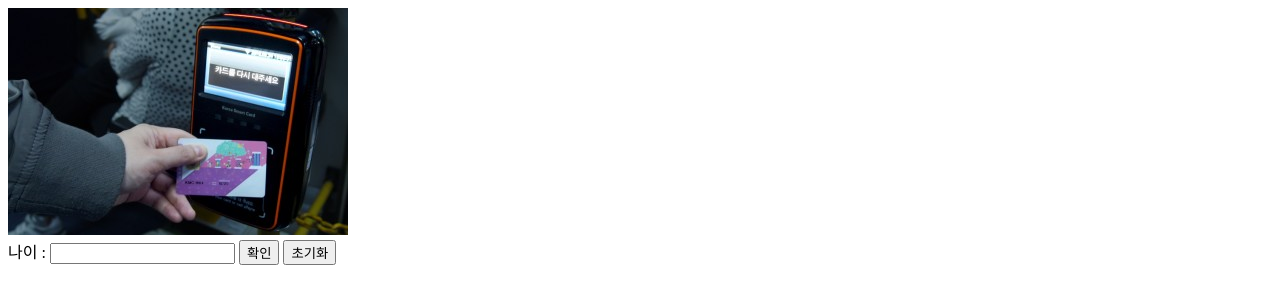
Repository: jjjjjjji-hun/jsp_practice
Page: http://localhost/JSPBasic/jspObject/repository/bus_form.jsp
These files come from the project's save history. The page is drawn as it stood at one moment and after the next save; the edit follows.
The browser window is 1280 px wide. The pictures show the whole page.
The page is served by Tomcat 9.

Above is the page before, as saved 2022-02-07 05:44:39.

After the next save:
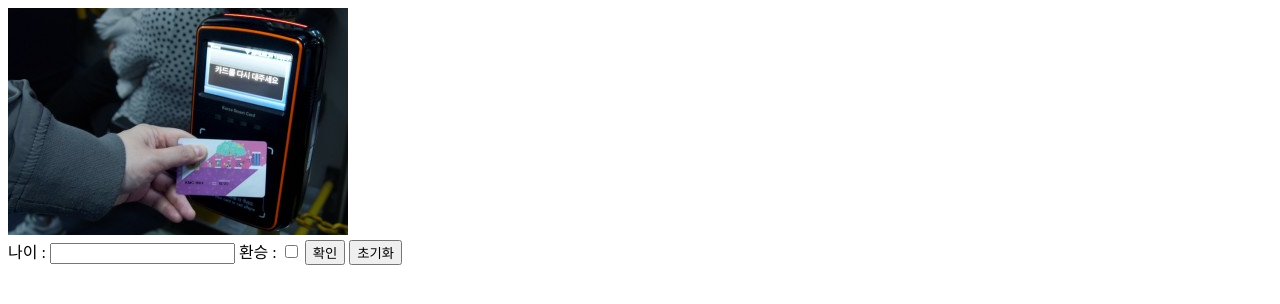
Saved 2 min 48 s later.
--- a/JSPBasic/src/main/webapp/jspObject/repository/bus_form.jsp
+++ b/JSPBasic/src/main/webapp/jspObject/repository/bus_form.jsp
@@ -10,6 +10,7 @@
 	<img src="buscard.jpg"/>
 	<form action="bus_check.jsp" method="get">
 	나이 : <input type="number" name="age" />
+	환승 : <input type="checkbox" name="transfer"/>
 	<input type="submit" value="확인"/>
 	<input type="reset" value="초기화"/>
 	</form>
